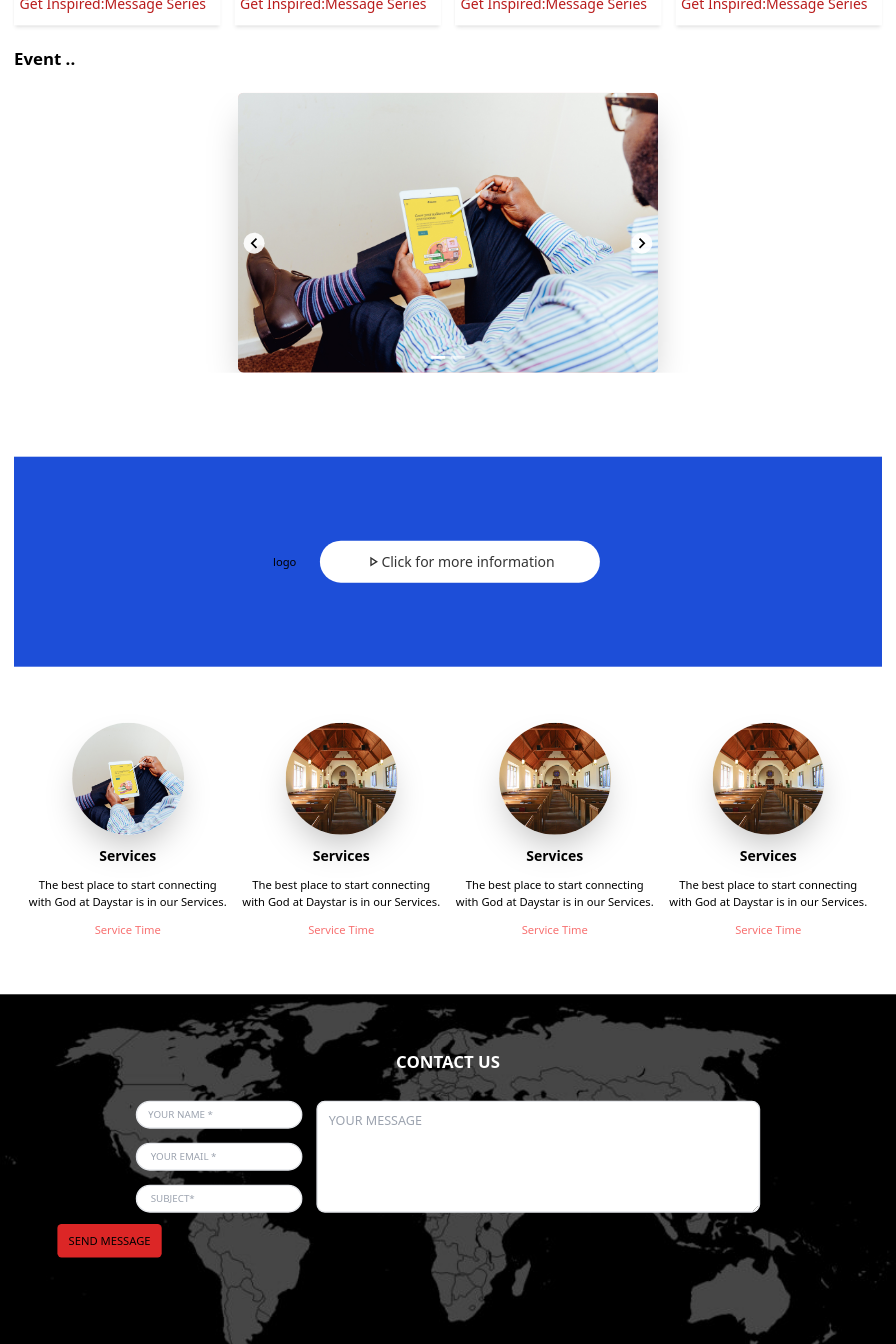
Repository: hisreal123/godschamber
Page: /
The author's editor kept a copy of each file at every save. The page is drawn from the files as they stood at one save, then again after the next save.
The browser window is 1280 px wide. The pictures show the part of the page from y = 1579 to 3499 px (the page is 3499 px tall), at 70% of full size.
The project was rebuilt for these pictures with package versions that can differ from the ones it lists, and the page was loaded fresh each time. The framework's server and built-in components were replaced by stand-ins that run in the browser. Also part of the build but not shown: next.config.js.

Above is the page before, as saved 2023-03-31 17:55:05.

After the next save:
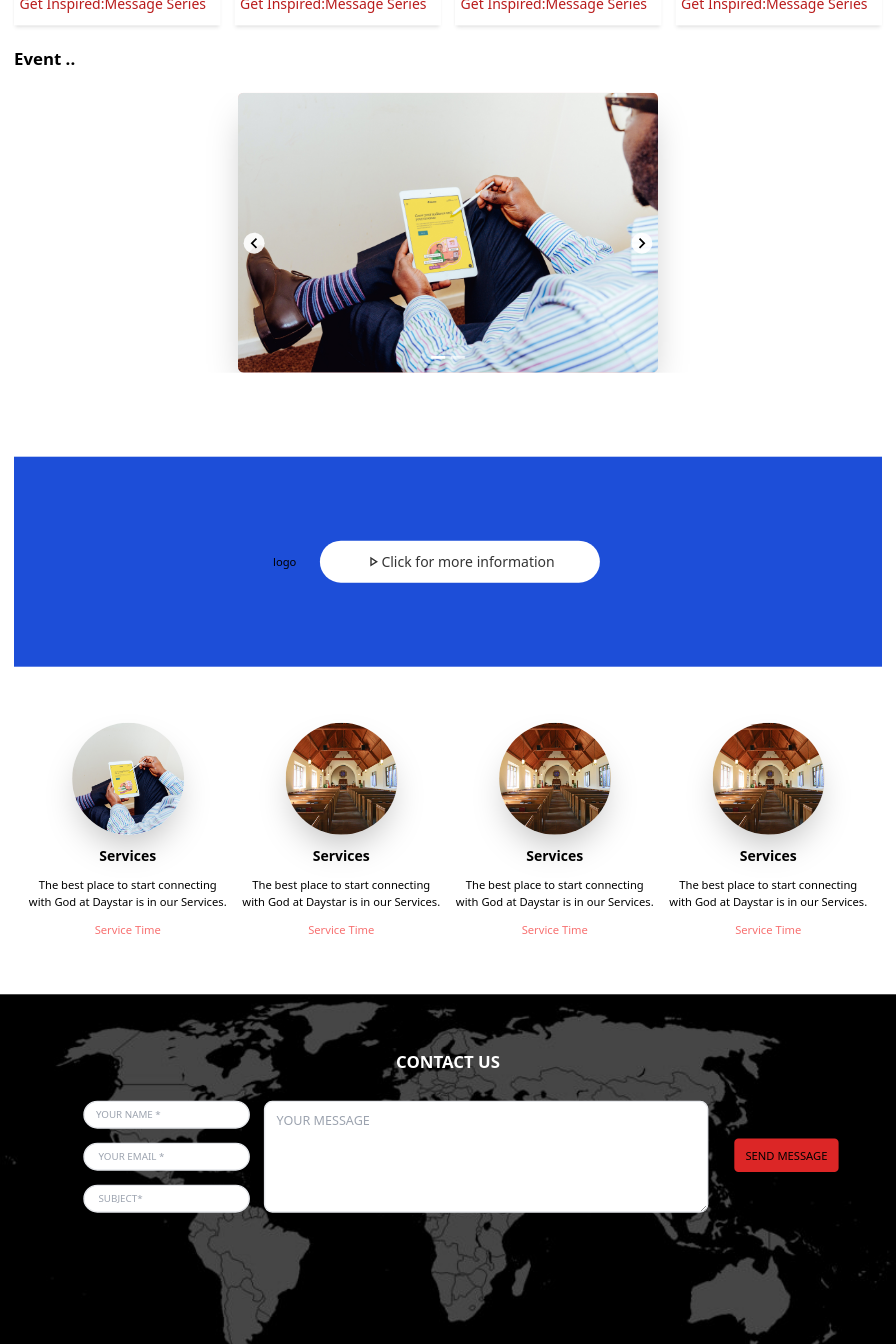
Saved 41 s later.
--- a/src/app/components/ContactUs.tsx
+++ b/src/app/components/ContactUs.tsx
@@ -7,7 +7,7 @@ export default function ContactUs() {
                 <h1 className='text-center my-10 text-white font-bold  text-2xl'>CONTACT US </h1>
 
                 <form action="" className=' flex flex-col md:flex-row'>
-                    <div className='  md:w-[90%] md:mx-auto '>
+                    <div className='  md:w-[90%] md:mx-auto md:flex'>
                         <div className=" md:flex md:w-[80%] md:mx-auto md:space-x-5 w-full relative ">
                             <div className="flex md:w-[60%] md:flex-1 flex-col justify-center space-y-5 relative">
                                 <input type="text" placeholder='YOUR NAME *' className='text-sm rounded-3xl px-4 py-2 hover:first-letter:border-red-300 border-2 outline-none  md:w-full' />
